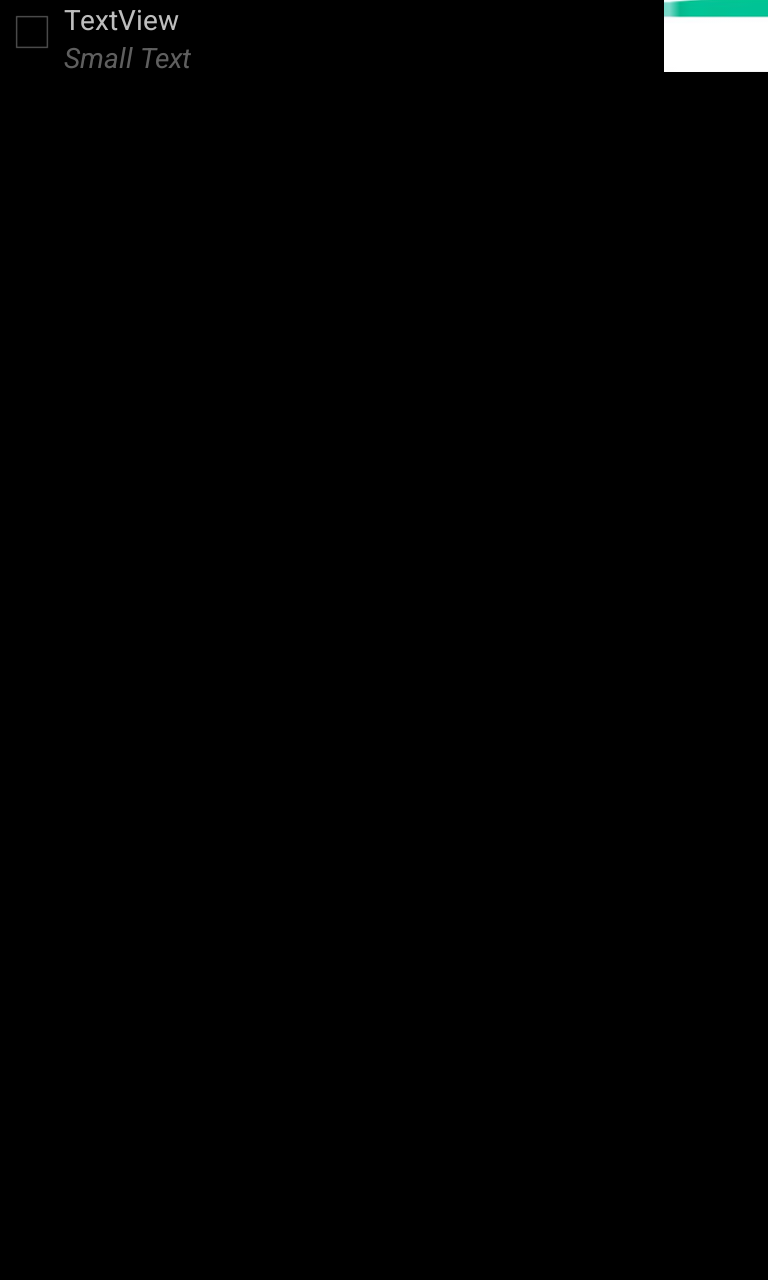
Repository: Damaitan/JTD
Layout: Mobile/res/layout/task_folder_item.xml
An editor plug-in stored every save of this project. The layout is shown before and after the next save, followed by the edit.
It is drawn on a 768 x 1280 px phone screen (xhdpi) without system bars, with theme android:Theme.Holo; the app's code is not run.

Above is the layout before, as saved 2015-01-09 08:56:51.

After the next save:
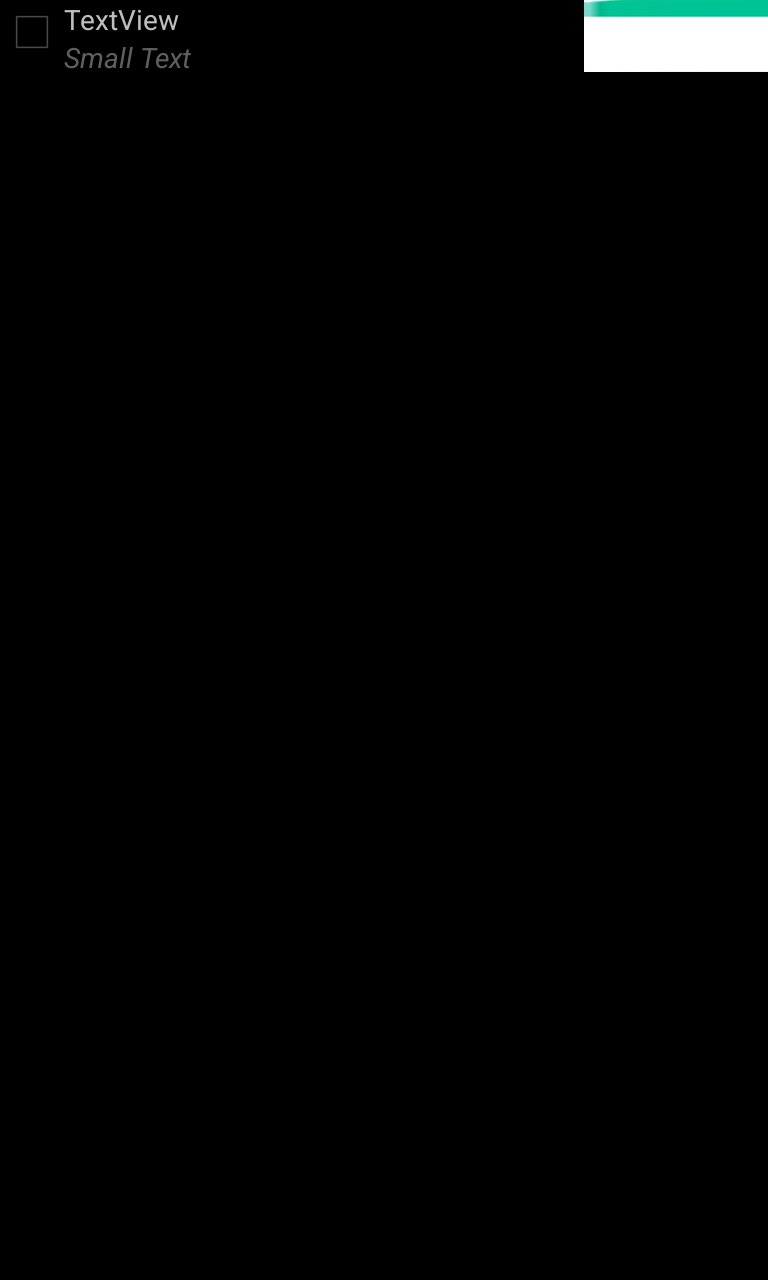
Saved 27 s later.
--- a/Mobile/res/layout/task_folder_item.xml
+++ b/Mobile/res/layout/task_folder_item.xml
@@ -18,7 +18,7 @@
 
     <TextView
         android:id="@+id/task_folder_item_name"
-        android:layout_width="300dp"
+        android:layout_width="260dp"
         android:layout_column="1"
         android:layout_gravity="left"
         android:layout_row="0"
@@ -27,7 +27,7 @@
 
     <TextView
         android:id="@+id/task_folder_item_tag"
-        android:layout_width="300dp"
+        android:layout_width="260dp"
         android:layout_column="1"
         android:layout_gravity="left"
         android:layout_row="1"
